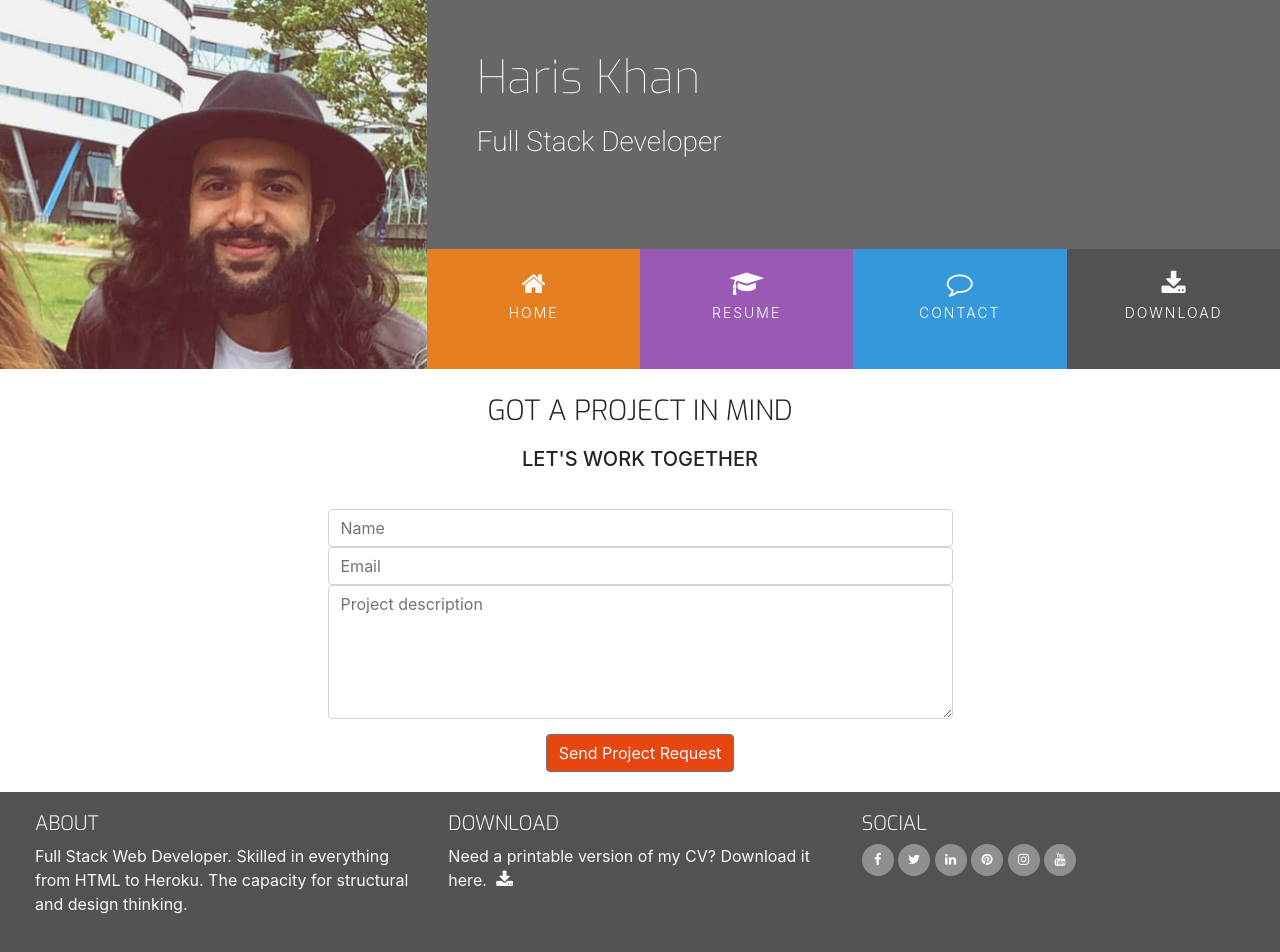
Repository: anmalik82/Padding-Top
Page: contact.html
The author's editor kept a record of every edit. The page is drawn from the files as they stood at one moment, then again after the next edit.
The browser window is 1280 px wide. The pictures show the whole page.
Some web libraries are served in a nearby version.

Above is the page before.

After the next edit:
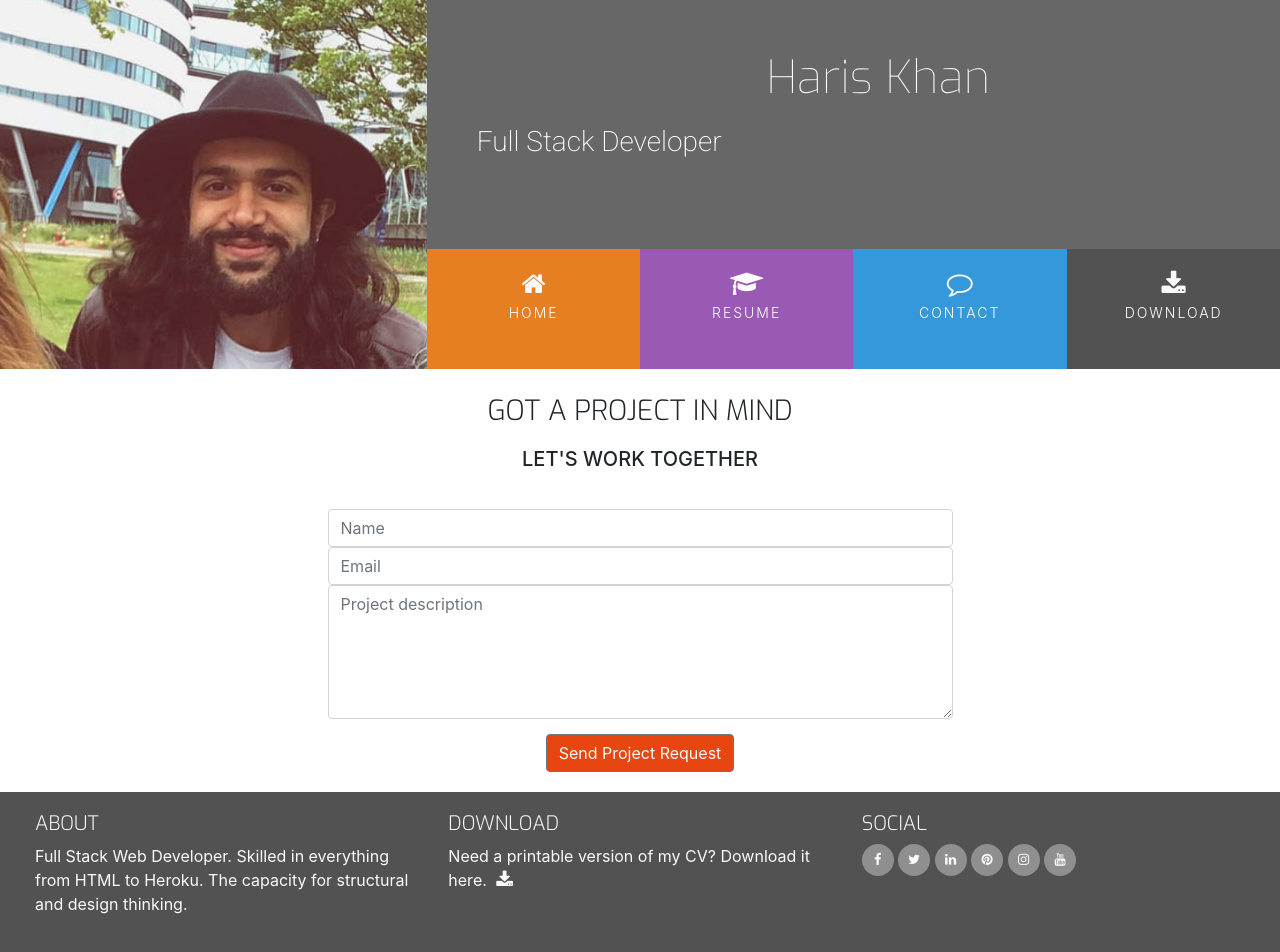
The edit:
--- a/assets/css/style.css
+++ b/assets/css/style.css
@@ -109,6 +109,7 @@
     font-size: 46px;
     margin-top: 50px;
     color: #fff;
+    text-align-last: center;
 }
 
 .title {
